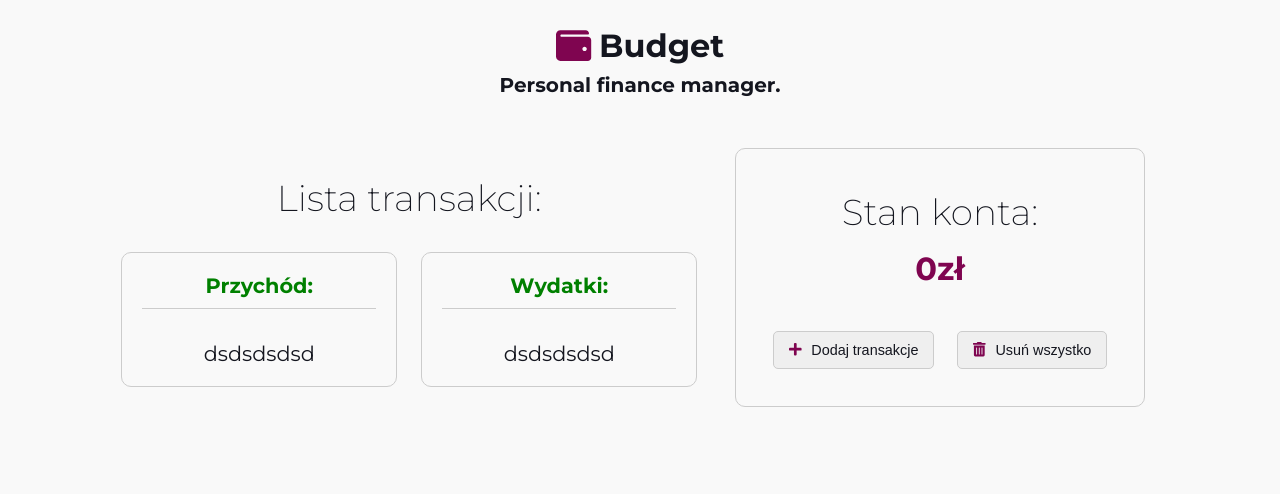
Repository: KrzysKolo/sr_tydzien4_zad4
Page: /
An editor plug-in stored every save of this project. The page is shown before and after the next save, followed by the edit.
The browser window is 1280 px wide. The pictures show the whole page.
Some web libraries are served in a nearby version. The project was rebuilt for these pictures with package versions that can differ from the ones it lists, and the page was loaded fresh each time.

Above is the page before, as saved 2020-11-30 09:50:50.

After the next save:
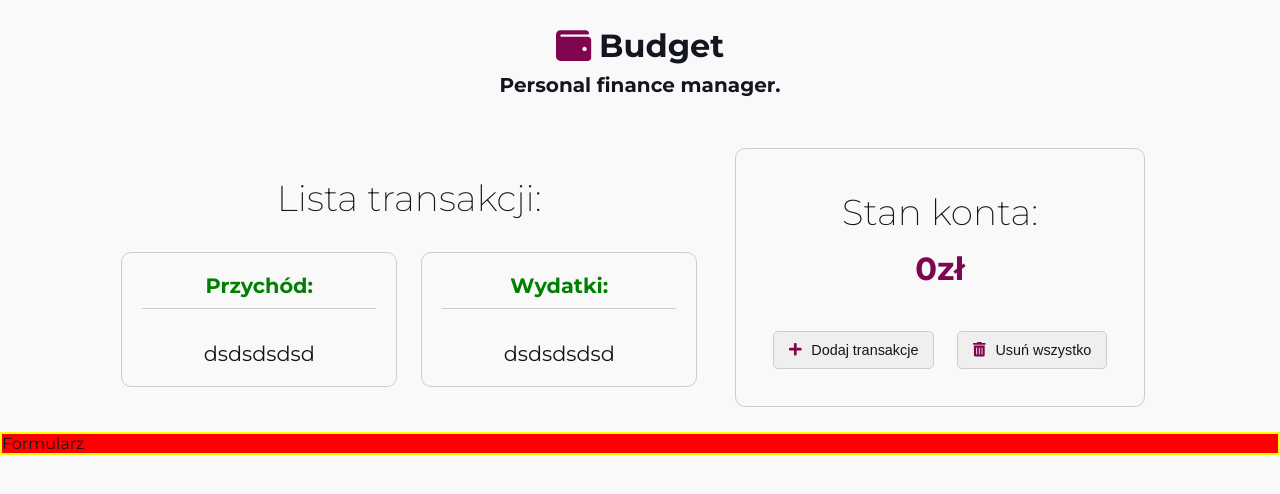
Saved 15 s later.
--- a/src/components/Budget.js
+++ b/src/components/Budget.js
@@ -59,6 +59,7 @@ const Budget = () => {
                     <SectionInfo title={"Stan konta"}/>
                 </SectionContainer>
             </Container>
+            <Form />
         </>
     )
 }
